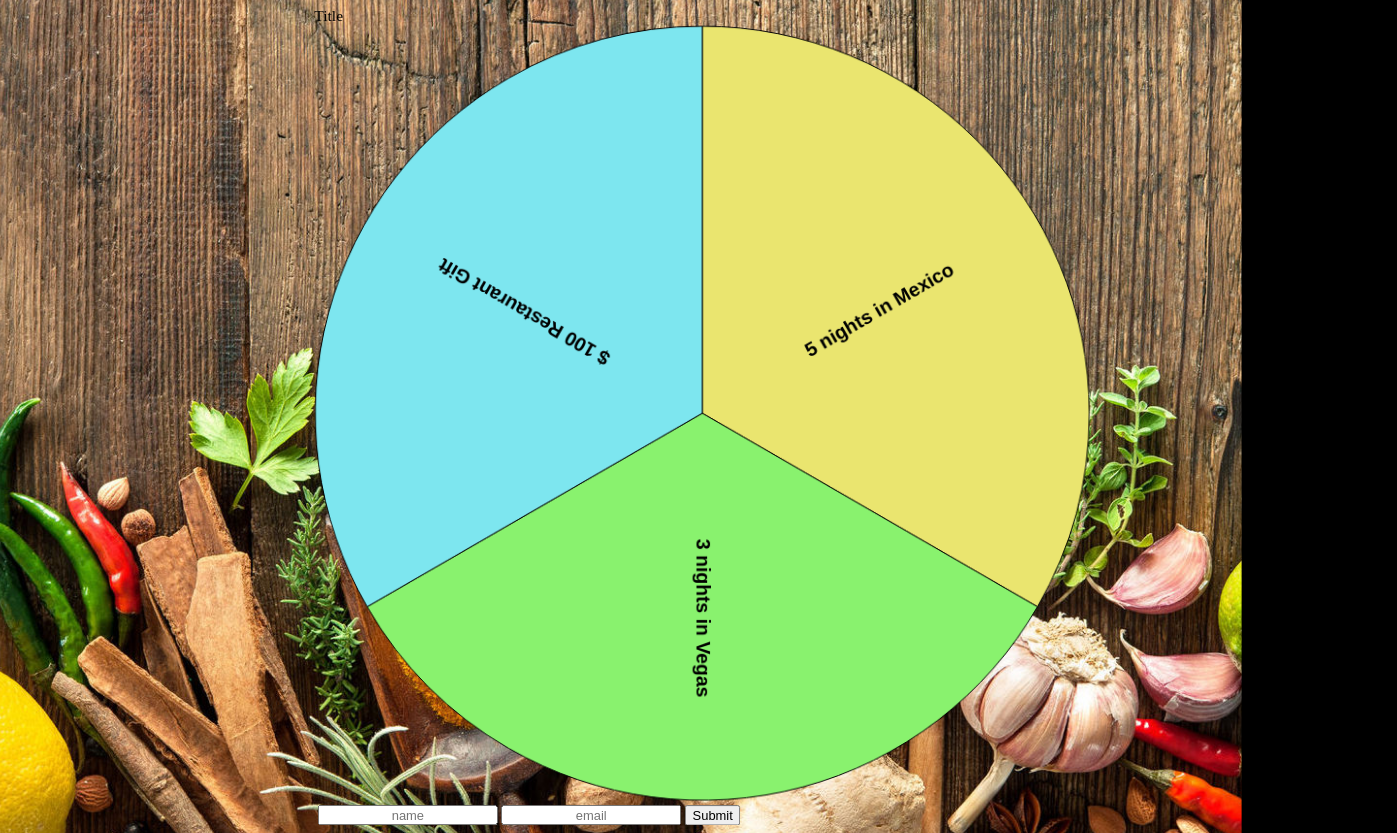
Repository: 43320888/upwork
Page: index.html
The author's editor kept a copy of each file at every save. The page is drawn from the files as they stood at one save, then again after the next save.
The browser window is 1280 px wide. The page is 1280 px wide, then 1440 px, so the pictures cover 1440 px, including what lies to the right of the window. The pictures show the whole page, at 97% of full size.

Above is the page before, as saved 2019-01-16 20:20:22.

### index.html
<!DOCTYPE html>
<html lang="en">
<head>
	<meta charset="UTF-8">
	<meta name="viewport" content="width=device-width, initial-scale=1.0">
	<meta http-equiv="X-UA-Compatible" content="ie=edge">
	<link rel="stylesheet" href="style.css">
	<script src="Winwheel.min.js"></script>
	<title>Spin wheel</title>
</head>
<body class="spin-table">
	<div>
		<span>Title</span>
		<canvas id="canvas3" width="800" height="800"></canvas>
		<script src="script.js"></script>
		<input type="text" placeholder="name">
		<input type="text" placeholder="email">
		<input type="submit" placeholder="submit">
	</div>
</body>
</html>

### style.css
.spin-table {
	height: 100%;
	background: #000;
	background-image: url(images/Covers.jpg);
	background-position: center;
}
.spin-table > div {
	margin-left: 50%;
	transform: translateX(-50%);
}
.spin-table > div > * {
	text-align: center;
	display: inline-block;
}

### script.js
/* eslint-disable quote-props */
// eslint-disable-next-line no-unused-vars, no-undef
const theWheel3 = new Winwheel({
	'canvasId': 'canvas3',
	'numSegments': 3,
	'segments': [
		{ 'fillStyle': '#eae56f', 'text': '5 nights in Mexico' },
		{ 'fillStyle': '#89f26e', 'text': '3 nights in Vegas' },
		{ 'fillStyle': '#7de6ef', 'text': '$ 100 Restaurant Gift' },
	],
});

Loaded but not shown: Winwheel.min.js (library)

After the next save:
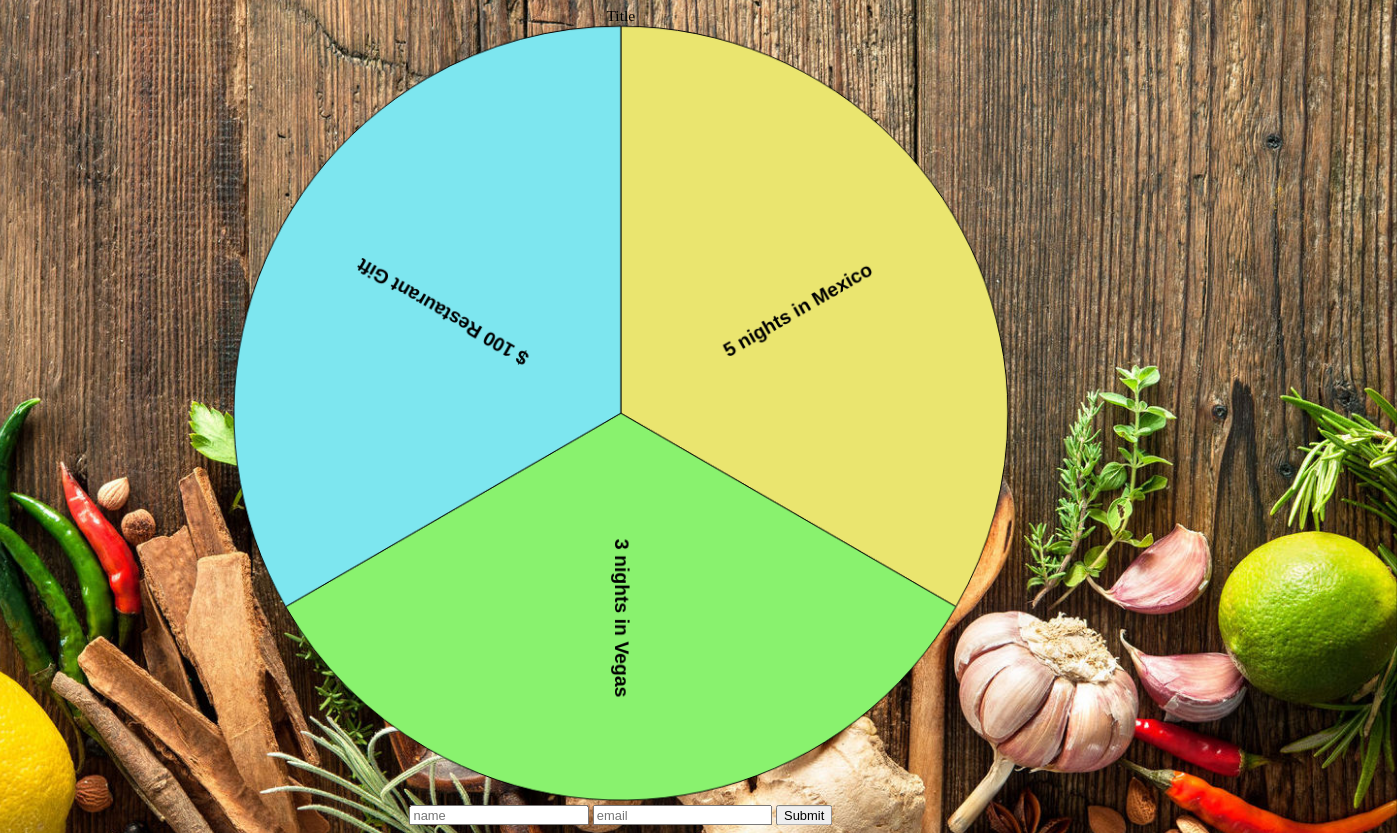
Saved 49 s later.
--- a/style.css
+++ b/style.css
@@ -8,7 +8,7 @@
 	margin-left: 50%;
 	transform: translateX(-50%);
 }
-.spin-table > div > * {
+.spin-table > div {
 	text-align: center;
 	display: inline-block;
 }
